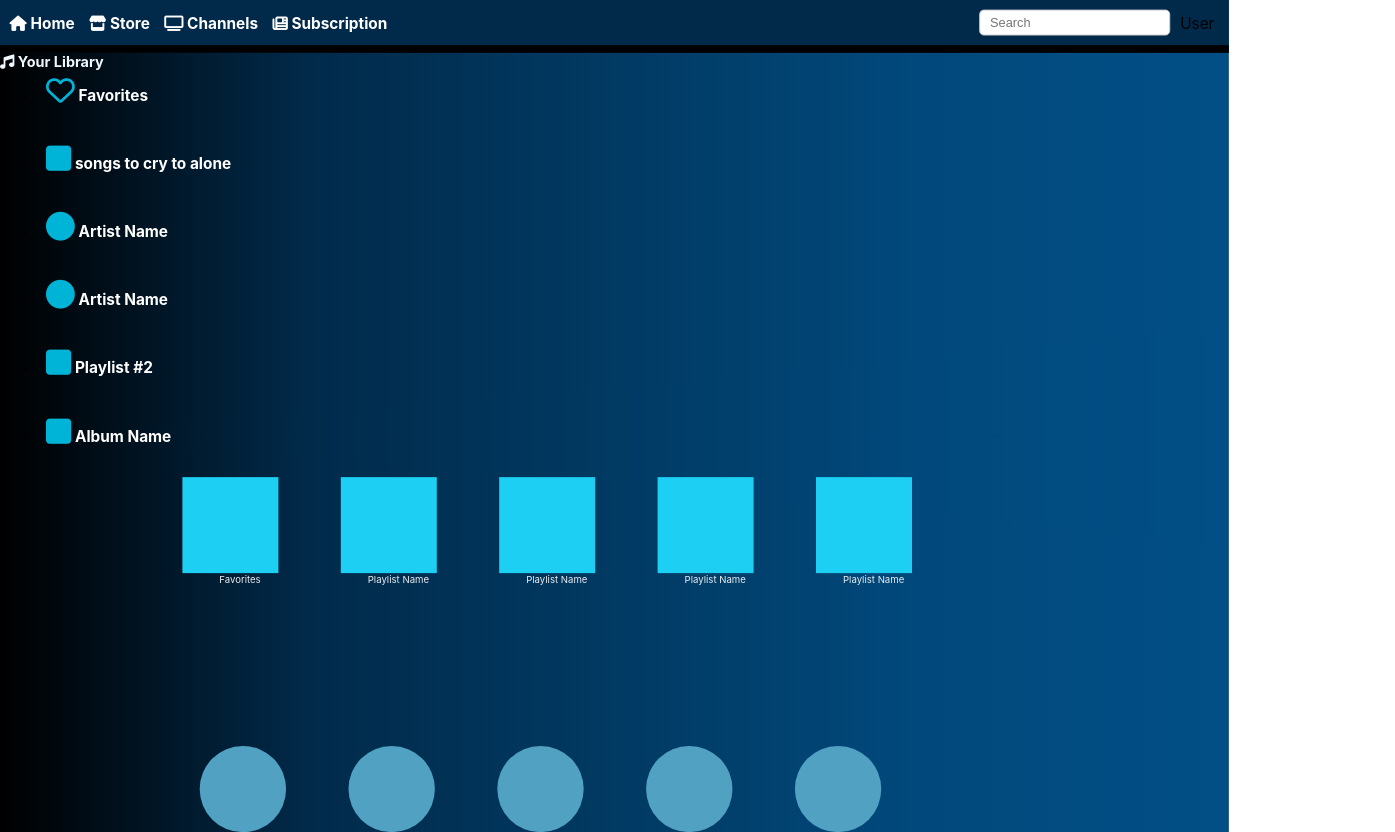
Repository: gordonnrat/group-2-project
Page: / (app in source-code/)
An editor plug-in stored every save of this project. The page is shown before and after the next save, followed by the edit.
The browser window is 1280 px wide. The page is 1280 px wide, then 1453 px, then 1280 px, so the pictures cover 1453 px, including what lies to the right of the window. The pictures show the whole page, at 96% of full size.
The project was rebuilt for these pictures with package versions that can differ from the ones it lists, and the page was loaded fresh each time. Also part of the build but not shown: source-code/src/App.css, source-code/src/App.js, source-code/src/components/pages/Login.js.

Above is the page before, as saved 2023-07-31 16:42:16.

### source-code/src/index.js
import React from 'react';
import ReactDOM from 'react-dom';
import './index.css';
import reportWebVitals from './reportWebVitals';
import {
  BrowserRouter as Router,
  Routes,
  Route,
  Link
} from "react-router-dom";

import App from './App';
import Home from './components/pages/Home';
import Login from './components/pages/Login';

ReactDOM.render(
  <React.StrictMode>
    <Router>
      <Routes>
        <Route path="/" element={<Home />} />
        <Route path="/login" element={<Login />} />
        {/* Add more routes here */}
        <Route path="/group-2-project" element={<Link to="/" />} />
      </Routes>
    </Router>
  </React.StrictMode>,
  document.getElementById('root')
);

// If you want to start measuring performance in your app, pass a function
// to log results (for example: reportWebVitals(console.log))
// or send to an analytics endpoint. Learn more: https://bit.ly/CRA-vitals
reportWebVitals();

### source-code/src/index.css
body {
  margin: 0;
  font-family: -apple-system, BlinkMacSystemFont, 'Segoe UI', 'Roboto', 'Oxygen',
    'Ubuntu', 'Cantarell', 'Fira Sans', 'Droid Sans', 'Helvetica Neue',
    sans-serif;
  -webkit-font-smoothing: antialiased;
  -moz-osx-font-smoothing: grayscale;
}

code {
  font-family: source-code-pro, Menlo, Monaco, Consolas, 'Courier New',
    monospace;
}

body {
  background: linear-gradient(0.25turn,black,#012A4A, #013A63, #01497C,#014F86);


}

### source-code/src/components/pages/Home.js
// Home.js

import React from "react";
import { Link } from "react-router-dom";
import Navbar from "../Navbar";
import "./js.css";

function Home() {
  return (
    <div>
      <Navbar />
      <h1 className="top-heading">
        <i className="fas fa-music"></i> Your Library
      </h1>
      <div className="main-container">
        <div className="squares-container">
          {/* Square 1 */}
          <Link to="/favorites">
            <div className="square-container">
              <div className="text">Favorites</div>
              <div className="square square-red"></div>
            </div>
          </Link>

          {/* Square 2 */}
          <Link to="/Playlist">
            <div className="square-container">
              <div className="text">Playlist Name</div>
              <div className="square square-blue"></div>
            </div>
          </Link>

          {/* Square 3 */}
          <Link to="/Playlist">
            <div className="square-container">
              <div className="text">Playlist Name</div>
              <div className="square square-green"></div>
            </div>
          </Link>

          {/* Square 4 */}
          <Link to="/Playlist">
            <div className="square-container">
              <div className="text">Playlist Name</div>
              <div className="square square-orange"></div>
            </div>
          </Link>

          {/* Square 5 */}
          <Link to="/Playlist">
            <div className="square-container">
              <div className="text">Playlist Name</div>
              <div className="square square-purple"></div>
            </div>
          </Link>
        </div>

        <div className="circles-container">
          {/* Circle 1 */}
          <Link to="/Playlist">
            <div className="circle-container">
              <div className="circle"></div>
            </div>
          </Link>

          {/* Circle 2 */}
          <Link to="/Playlist">
            <div className="circle-container">
              <div className="circle"></div>
            </div>
          </Link>

          {/* Circle 3 */}
          <Link to="/Playlist">
            <div className="circle-container">
              <div className="circle"></div>
            </div>
          </Link>

          {/* Circle 4 */}
          <Link to="/Playlist">
            <div className="circle-container">
              <div className="circle"></div>
            </div>
          </Link>

          {/* Circle 5 */}
          <Link to="/Playlist">
            <div className="circle-container">
              <div className="circle"></div>
            </div>
          </Link>





























        </div>
      </div>
    </div>
  );
}

export default Home;

### source-code/src/components/Navbar.js
import React from "react";
import { Link } from "react-router-dom";
import "./Navbar.css";
import "@fortawesome/fontawesome-free/css/all.min.css";

function Navbar() {
  return (
    <div>
      {/* Main Navbar */}
      <nav className="navbar">
        <ul className="left-nav">
          <li>
            <Link to="/">
              <i className="fas fa-home"></i> Home
            </Link>
          </li>
          <li>
            <Link to="/Store">
              <i className="fas fa-store"></i> Store
            </Link>
          </li>
          <li>
            <Link to="/Channels">
              <i className="fas fa-tv"></i> Channels
            </Link>
          </li>
          <li>
            <Link to="/Subscription">
              <i className="fas fa-newspaper"></i> Subscription
            </Link>
          </li>
        </ul>
        <div className="right-nav">
          <input type="text" placeholder="Search" />
          <div className="user-section">
            {/* Your user-related elements can go here */}
            <span>User</span>
          </div>
        </div>
      </nav>

      {/* Sidebar */}
      <aside className="sidebar">
        {/* Your sidebar content can go here */}
        <ul>
          <li>
            <Link to="/Favorites">
              <i className="far fa-heart"></i> Favorites
            </Link>
          </li>
          <li>
            <Link to="/songs to cry to alone">
              <i className="fas fa-square"></i> songs to cry to alone

            </Link>
          </li>
          {/* Add more sidebar items as needed */}

          <li>
          <Link to="/Artist Name">
              <i className="fas fa-circle"></i> Artist Name
            </Link>
            </li>


            <li>
            <Link to="/Artist Name">
              <i className="fas fa-circle"></i> Artist Name
            </Link>
            </li>

            <li>
            <Link to="/Playlist">
              <i className="fas fa-square"></i> Playlist #2
            </Link>
            </li>
            <li>
            <Link to="/Album Name">
              <i className="fas fa-square"></i> Album Name
            </Link>
            </li>













        </ul>
      </aside>
    </div>
  );
}

export default Navbar;

### source-code/src/components/pages/js.css
/* js.css */

.main-container {
  display: flex;
  flex-direction: column;
  align-items: center;
  justify-content: center;
  margin-top: 20px;
}

.squares-container {
  display: flex;
  justify-content: space-between;
  max-width: 800px;
  margin: 0 auto;
}

.square-container {
  margin-right: 65px;
  position: relative; /* Add this line to create a positioning context */
}

.text {
  position: absolute;
  top: 100px;
  left: 10%;
  font-size: 10px;
  color: rgb(234, 237, 240);
  transform: translateX(-50%);
}

.square {
  width: 100px;
  height: 100px;
  background-color: rgb(29, 207, 242);
  top: 0; /* Move the square to the top */
  left: 50%;
  transform: translateX(-50%);
}

.top-heading {
  position: absolute;
  top: 45px;
  left: 0;
  font-size: 15px;
  color: aliceblue;
}

/* Add styles for the circles */

.circles-container {
  display: flex;
  justify-content: center;
  align-items: flex-start;
  margin-top: 20px;
}

.circle-container {
  margin-right: 155px;
  position: relative;
}

.circle {
  width: 90px;
  height: 90px;
  border-radius: 50%;
  background-color: rgb(81, 161, 195); /* You can set the color for the circles */
  position: absolute;
  top: 160px; /* Adjust the vertical position of the circles below the squares */
  left: 30%; /* Horizontally center the circles */
  transform: translateX(-50%);
}

### source-code/src/components/Navbar.css

/* Navbar.css */

/* Navbar.css */

.navbar {
    background-color: #012A4A;
    padding: 10px;
    display: flex;
    justify-content: space-between;
    align-items: center;

    /* Add border line to the bottom of the navigation bar */
    border-bottom: 8px solid black; /* Replace #fff with your desired border color */
}



.left-nav {
    list-style-type: none;
    margin: 0;
    padding: 0;
    display: flex;
    align-items: center;
}

.left-nav li {
    margin-right: 15px;
}

.left-nav li:last-child {
    margin-right: 0;
}

.left-nav li a {
    text-decoration: none;
    color:white;

    font-size: 16px;
    font-weight: bold;
}

.left-nav li a:hover {
    color: white;
}

.right-nav {
    display: flex;
    align-items: center;
}

.right-nav input[type="text"] {
    padding: 5px 10px;
    border: 1px solid #ccc;
    border-radius: 5px;
    margin-right: 10px;
}

.user-section {
    display: flex;
    align-items: center;
}

.user-section span {
    margin-right: 5px;
}

.user-section img {
    width: 30px;
    height: 30px;
    border-radius: 50%;
}




  .sidebar li a {
    display: block;
    padding: 8px;
    color: white;
    text-decoration: none;
    position: relative;
  }

  .sidebar li {
    margin-bottom: 25px; /* Add space between each sidebar item */
  }

  .sidebar li a i {
    font-size: 30px;
    color: #00B4D8;
    position: relative;
    z-index: 2; /* Set z-index to place the icons in front of the border line */
  }


  .sidebar li a {
    text-decoration: none;
    color: white;
    font-size: 16px;
    font-weight: bold;
}

Loaded but not shown: source-code/public/index.html (common file); source-code/src/reportWebVitals.js (common file)

After the next save:
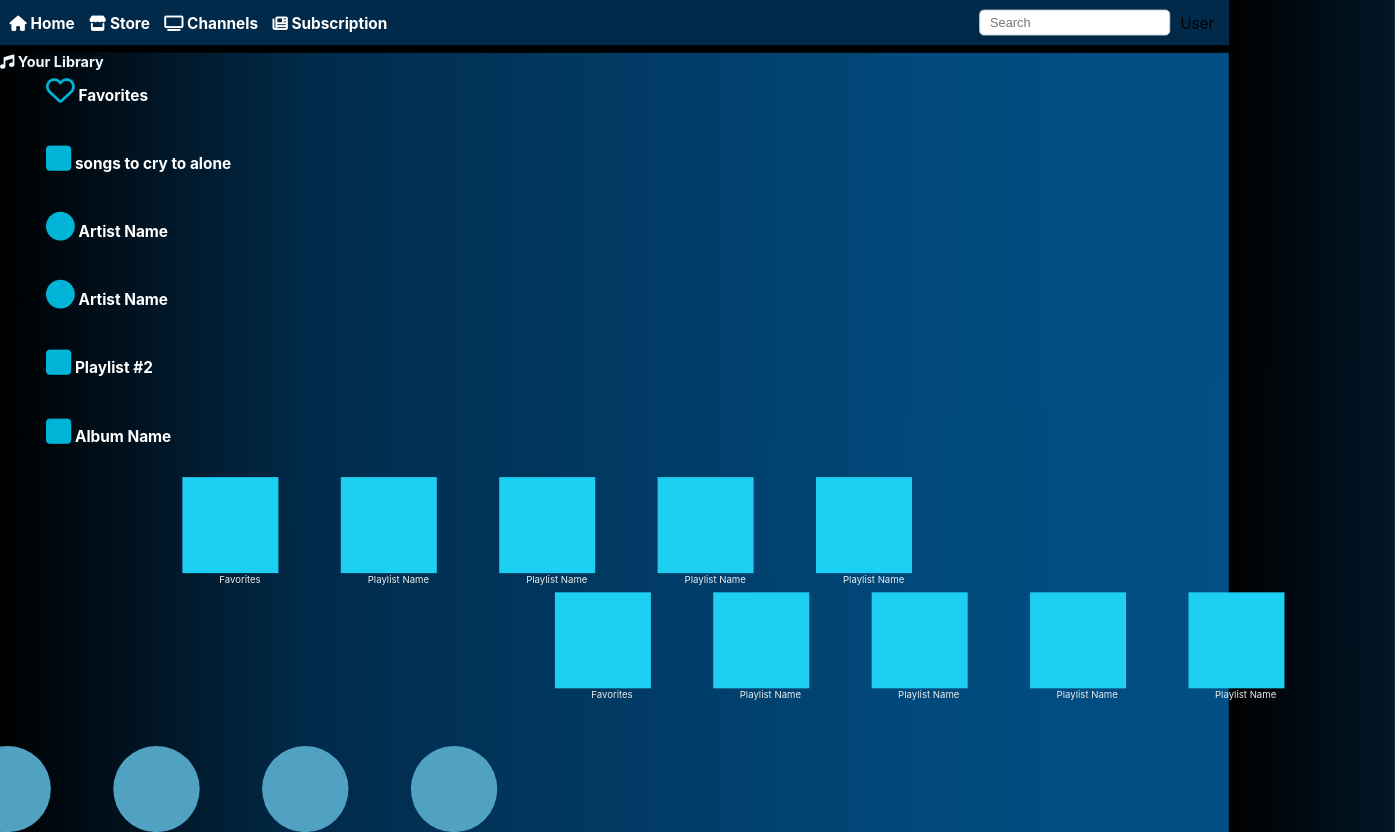
Saved 4 s later.
--- a/source-code/src/components/pages/Home.js
+++ b/source-code/src/components/pages/Home.js
@@ -93,7 +93,47 @@
 
 
 
+          <div className="squares-container">
+          {/* Square 1 */}
+          <Link to="/favorites">
+            <div className="square-container">
+              <div className="text">Favorites</div>
+              <div className="square square-red"></div>
+            </div>
+          </Link>
 
+          {/* Square 2 */}
+          <Link to="/Playlist">
+            <div className="square-container">
+              <div className="text">Playlist Name</div>
+              <div className="square square-blue"></div>
+            </div>
+          </Link>
+
+          {/* Square 3 */}
+          <Link to="/Playlist">
+            <div className="square-container">
+              <div className="text">Playlist Name</div>
+              <div className="square square-green"></div>
+            </div>
+          </Link>
+
+          {/* Square 4 */}
+          <Link to="/Playlist">
+            <div className="square-container">
+              <div className="text">Playlist Name</div>
+              <div className="square square-orange"></div>
+            </div>
+          </Link>
+
+          {/* Square 5 */}
+          <Link to="/Playlist">
+            <div className="square-container">
+              <div className="text">Playlist Name</div>
+              <div className="square square-purple"></div>
+            </div>
+          </Link>
+        </div>
 
 
 

After the 3 saves that followed:
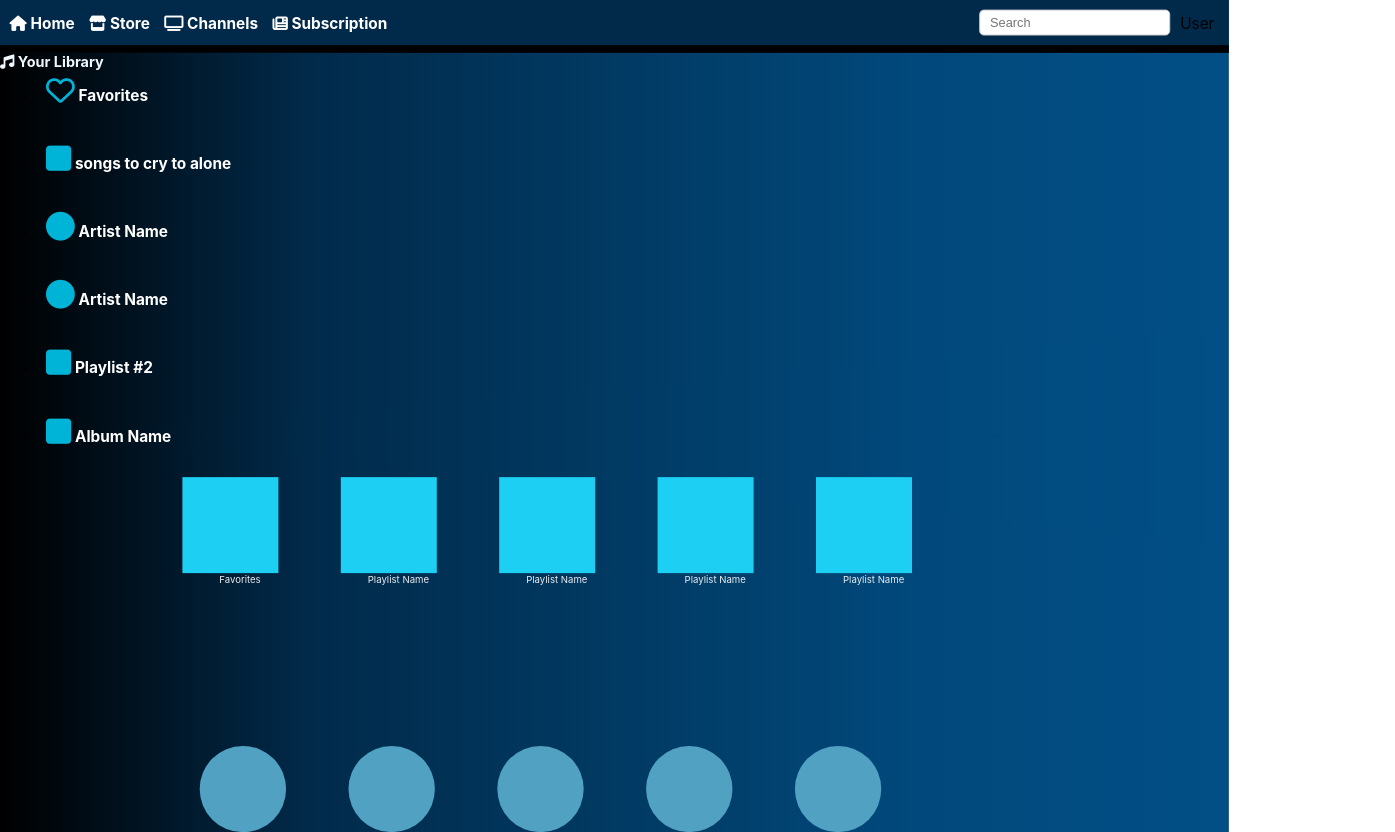
The 3 saves are shown as one change because 1 did not build or start and 1 left the picture as it was.
The last was saved 5 min 33 s later.
--- a/source-code/src/components/pages/Home.js
+++ b/source-code/src/components/pages/Home.js
@@ -93,47 +93,6 @@
 
 
 
-          <div className="squares-container">
-          {/* Square 1 */}
-          <Link to="/favorites">
-            <div className="square-container">
-              <div className="text">Favorites</div>
-              <div className="square square-red"></div>
-            </div>
-          </Link>
-
-          {/* Square 2 */}
-          <Link to="/Playlist">
-            <div className="square-container">
-              <div className="text">Playlist Name</div>
-              <div className="square square-blue"></div>
-            </div>
-          </Link>
-
-          {/* Square 3 */}
-          <Link to="/Playlist">
-            <div className="square-container">
-              <div className="text">Playlist Name</div>
-              <div className="square square-green"></div>
-            </div>
-          </Link>
-
-          {/* Square 4 */}
-          <Link to="/Playlist">
-            <div className="square-container">
-              <div className="text">Playlist Name</div>
-              <div className="square square-orange"></div>
-            </div>
-          </Link>
-
-          {/* Square 5 */}
-          <Link to="/Playlist">
-            <div className="square-container">
-              <div className="text">Playlist Name</div>
-              <div className="square square-purple"></div>
-            </div>
-          </Link>
-        </div>
 
 
 
--- a/source-code/src/components/pages/js.css
+++ b/source-code/src/components/pages/js.css
@@ -70,3 +70,45 @@
   left: 30%; /* Horizontally center the circles */
   transform: translateX(-50%);
 }
+
+
+
+
+
+
+
+
+
+
+
+
+
+.squares-container {
+  display: flex;
+  justify-content: space-between;
+  max-width: 800px;
+  margin: 0 auto;
+}
+
+.square-container {
+  margin-right: 65px;
+  position: relative; /* Add this line to create a positioning context */
+}
+
+.text {
+  position: absolute;
+  top: 100px;
+  left: 10%;
+  font-size: 10px;
+  color: rgb(234, 237, 240);
+  transform: translateX(-50%);
+}
+
+.square {
+  width: 100px;
+  height: 100px;
+  background-color: rgb(29, 207, 242);
+  top: 0; /* Move the square to the top */
+  left: 50%;
+  transform: translateX(-50%);
+}
